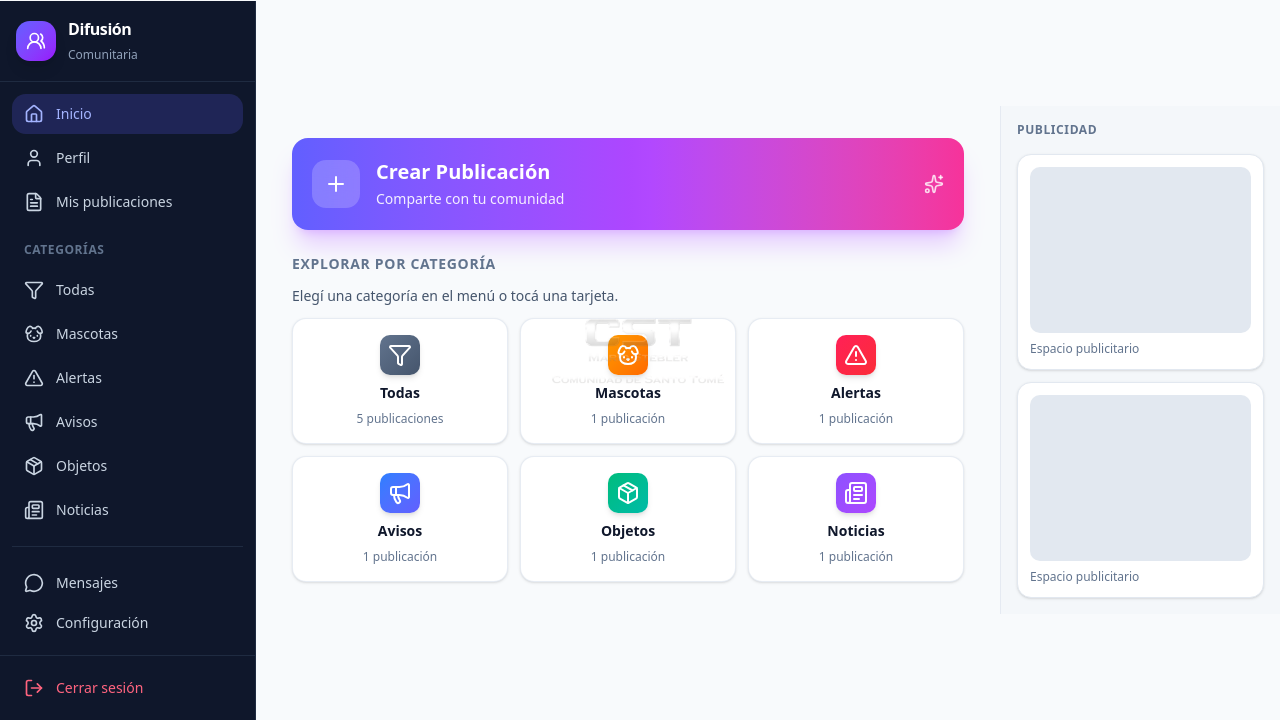
Repository: francoluca35/App-comunitaria
Page: /
The author's editor kept a copy of each file at every save. The page is drawn from the files as they stood at one save, then again after the next save.
The browser window is 1280 px wide. The pictures show the whole page.
The project was rebuilt for these pictures with package versions that can differ from the ones it lists, and the page was loaded fresh each time. The framework's server and built-in components were replaced by stand-ins that run in the browser. Also part of the build but not shown: next.config.mjs.

Above is the page before, as saved 2026-03-06 14:09:27.

### src/app/layout.tsx
import './globals.css'
import { Providers } from './providers'

export const metadata = {
  title: 'Comunidad',
  description: 'Plataforma de difusión comunitaria',
}

export default function RootLayout({ children }: { children: React.ReactNode }) {
  return (
    <html lang="es">
      <body>
        <Providers>{children}</Providers>
      </body>
    </html>
  )
}

### src/app/page.tsx
'use client'

import Link from 'next/link'
import { useApp, Category } from './providers'
import {
  Dog,
  AlertTriangle,
  Megaphone,
  Package,
  Newspaper,
  Filter,
  Plus,
  Sparkles,
} from 'lucide-react'
import { DashboardLayout } from '@/components/DashboardLayout'

const CATEGORIES: {
  value: Category | 'all'
  slug: string
  label: string
  icon: React.ReactNode
  iconClass: string
}[] = [
  { value: 'all', slug: 'todas', label: 'Todas', icon: <Filter className="w-6 h-6" />, iconClass: 'bg-gradient-to-br from-slate-500 to-slate-600 dark:from-slate-400 dark:to-slate-500' },
  { value: 'mascotas', slug: 'mascotas', label: 'Mascotas', icon: <Dog className="w-6 h-6" />, iconClass: 'bg-gradient-to-br from-amber-500 to-orange-500 dark:from-amber-400 dark:to-orange-400' },
  { value: 'alertas', slug: 'alertas', label: 'Alertas', icon: <AlertTriangle className="w-6 h-6" />, iconClass: 'bg-gradient-to-br from-rose-500 to-red-500 dark:from-rose-400 dark:to-red-400' },
  { value: 'avisos', slug: 'avisos', label: 'Avisos', icon: <Megaphone className="w-6 h-6" />, iconClass: 'bg-gradient-to-br from-blue-500 to-indigo-500 dark:from-blue-400 dark:to-indigo-400' },
  { value: 'objetos', slug: 'objetos', label: 'Objetos', icon: <Package className="w-6 h-6" />, iconClass: 'bg-gradient-to-br from-emerald-500 to-teal-500 dark:from-emerald-400 dark:to-teal-400' },
  { value: 'noticias', slug: 'noticias', label: 'Noticias', icon: <Newspaper className="w-6 h-6" />, iconClass: 'bg-gradient-to-br from-violet-500 to-purple-500 dark:from-violet-400 dark:to-purple-400' },
]

function getCategoryCount(posts: { category: Category }[], value: Category | 'all') {
  if (value === 'all') return posts.length
  return posts.filter((p) => p.category === value).length
}

export default function HomePage() {
  const { posts } = useApp()
  const approvedPosts = posts.filter((p) => p.status === 'approved')

  return (
    <DashboardLayout>
      <div className="w-full">
        {/* CTA Crear Publicación */}
        <Link
          href="/create"
          className="group flex items-center justify-between gap-4 rounded-2xl p-4 sm:p-5 mb-6 text-white overflow-hidden bg-gradient-to-r from-indigo-500 via-purple-500 to-pink-500 shadow-xl shadow-purple-500/25 hover:shadow-2xl hover:shadow-purple-500/30 hover:scale-[1.01] active:scale-[0.99] transition-all duration-300"
        >
          <div className="flex items-center gap-4">
            <span className="flex items-center justify-center w-12 h-12 rounded-xl bg-white/20 backdrop-blur-sm group-hover:bg-white/30 transition-colors">
              <Plus className="w-6 h-6 group-hover:rotate-90 transition-transform duration-300" />
            </span>
            <div>
              <span className="text-xl font-bold block">Crear Publicación</span>
              <span className="text-sm text-white/90">Comparte con tu comunidad</span>
            </div>
          </div>
          <Sparkles className="w-5 h-5 text-white/80 group-hover:animate-pulse" />
        </Link>

        {/* Resumen: acceso rápido por categoría */}
        <section>
          <h2 className="text-sm font-semibold text-slate-500 dark:text-gray-400 uppercase tracking-wider mb-3">
            Explorar por categoría
          </h2>
          <p className="text-slate-600 dark:text-gray-400 text-sm mb-3">
            Elegí una categoría en el menú o tocá una tarjeta.
          </p>
          <div className="grid grid-cols-2 sm:grid-cols-3 gap-2 sm:gap-3">
            {CATEGORIES.map((cat) => {
              const count = getCategoryCount(approvedPosts, cat.value)
              return (
                <Link
                  key={cat.value}
                  href={`/categoria/${cat.slug}`}
                  className="group flex flex-col items-center gap-2 p-4 rounded-xl bg-white dark:bg-gray-800/80 border border-slate-200/80 dark:border-gray-700/80 shadow-sm hover:shadow-lg hover:shadow-slate-200/50 dark:hover:shadow-black/20 hover:border-transparent hover:-translate-y-0.5 active:translate-y-0 transition-all duration-200"
                >
                  <span
                    className={`flex items-center justify-center w-10 h-10 rounded-lg ${cat.iconClass} text-white shadow-md group-hover:scale-110 transition-transform duration-200`}
                  >
                    {cat.icon}
                  </span>
                  <span className="font-semibold text-slate-900 dark:text-white text-sm text-center">
                    {cat.label}
                  </span>
                  <span className="text-xs text-slate-500 dark:text-gray-400">
                    {count === 1 ? '1 publicación' : `${count} publicaciones`}
                  </span>
                </Link>
              )
            })}
          </div>
        </section>
      </div>
    </DashboardLayout>
  )
}

### src/app/globals.css
@import 'tailwindcss' source(none);
@source '../**/*.{js,ts,jsx,tsx}';
@import 'tw-animate-css';

@custom-variant dark (&:is(.dark *));

:root {
  --font-size: 16px;
  --background: #ffffff;
  --foreground: oklch(0.145 0 0);
  --card: #ffffff;
  --card-foreground: oklch(0.145 0 0);
  --popover: oklch(1 0 0);
  --popover-foreground: oklch(0.145 0 0);
  --primary: #030213;
  --primary-foreground: oklch(1 0 0);
  --secondary: oklch(0.95 0.0058 264.53);
  --secondary-foreground: #030213;
  --muted: #ececf0;
  --muted-foreground: #717182;
  --accent: #e9ebef;
  --accent-foreground: #030213;
  --destructive: #d4183d;
  --destructive-foreground: #ffffff;
  --border: rgba(0, 0, 0, 0.1);
  --input: transparent;
  --input-background: #f3f3f5;
  --switch-background: #cbced4;
  --font-weight-medium: 500;
  --font-weight-normal: 400;
  --ring: oklch(0.708 0 0);
  --chart-1: oklch(0.646 0.222 41.116);
  --chart-2: oklch(0.6 0.118 184.704);
  --chart-3: oklch(0.398 0.07 227.392);
  --chart-4: oklch(0.828 0.189 84.429);
  --chart-5: oklch(0.769 0.188 70.08);
  --radius: 0.625rem;
  --sidebar: oklch(0.985 0 0);
  --sidebar-foreground: oklch(0.145 0 0);
  --sidebar-primary: #030213;
  --sidebar-primary-foreground: oklch(0.985 0 0);
  --sidebar-accent: oklch(0.97 0 0);
  --sidebar-accent-foreground: oklch(0.205 0 0);
  --sidebar-border: oklch(0.922 0 0);
  --sidebar-ring: oklch(0.708 0 0);
}

.dark {
  --background: oklch(0.145 0 0);
  --foreground: oklch(0.985 0 0);
  --card: oklch(0.145 0 0);
  --card-foreground: oklch(0.985 0 0);
  --popover: oklch(0.145 0 0);
  --popover-foreground: oklch(0.985 0 0);
  --primary: oklch(0.985 0 0);
  --primary-foreground: oklch(0.205 0 0);
  --secondary: oklch(0.269 0 0);
  --secondary-foreground: oklch(0.985 0 0);
  --muted: oklch(0.269 0 0);
  --muted-foreground: oklch(0.708 0 0);
  --accent: oklch(0.269 0 0);
  --accent-foreground: oklch(0.985 0 0);
  --destructive: oklch(0.396 0.141 25.723);
  --destructive-foreground: oklch(0.637 0.237 25.331);
  --border: oklch(0.269 0 0);
  --input: oklch(0.269 0 0);
  --ring: oklch(0.439 0 0);
  --font-weight-medium: 500;
  --font-weight-normal: 400;
  --chart-1: oklch(0.488 0.243 264.376);
  --chart-2: oklch(0.696 0.17 162.48);
  --chart-3: oklch(0.769 0.188 70.08);
  --chart-4: oklch(0.627 0.265 303.9);
  --chart-5: oklch(0.645 0.246 16.439);
  --sidebar: oklch(0.205 0 0);
  --sidebar-foreground: oklch(0.985 0 0);
  --sidebar-primary: oklch(0.488 0.243 264.376);
  --sidebar-primary-foreground: oklch(0.985 0 0);
  --sidebar-accent: oklch(0.269 0 0);
  --sidebar-accent-foreground: oklch(0.985 0 0);
  --sidebar-border: oklch(0.269 0 0);
  --sidebar-ring: oklch(0.439 0 0);
}

@theme inline {
  --color-background: var(--background);
  --color-foreground: var(--foreground);
  --color-card: var(--card);
  --color-card-foreground: var(--card-foreground);
  --color-popover: var(--popover);
  --color-popover-foreground: var(--popover-foreground);
  --color-primary: var(--primary);
  --color-primary-foreground: var(--primary-foreground);
  --color-secondary: var(--secondary);
  --color-secondary-foreground: var(--secondary-foreground);
  --color-muted: var(--muted);
  --color-muted-foreground: var(--muted-foreground);
  --color-accent: var(--accent);
  --color-accent-foreground: var(--accent-foreground);
  --color-destructive: var(--destructive);
  --color-destructive-foreground: var(--destructive-foreground);
  --color-border: var(--border);
  --color-input: var(--input);
  --color-input-background: var(--input-background);
  --color-switch-background: var(--switch-background);
  --color-ring: var(--ring);
  --color-chart-1: var(--chart-1);
  --color-chart-2: var(--chart-2);
  --color-chart-3: var(--chart-3);
  --color-chart-4: var(--chart-4);
  --color-chart-5: var(--chart-5);
  --radius-sm: calc(var(--radius) - 4px);
  --radius-md: calc(var(--radius) - 2px);
  --radius-lg: var(--radius);
  --radius-xl: calc(var(--radius) + 4px);
  --color-sidebar: var(--sidebar);
  --color-sidebar-foreground: var(--sidebar-foreground);
  --color-sidebar-primary: var(--sidebar-primary);
  --color-sidebar-primary-foreground: var(--sidebar-primary-foreground);
  --color-sidebar-accent: var(--sidebar-accent);
  --color-sidebar-accent-foreground: var(--sidebar-accent-foreground);
  --color-sidebar-border: var(--sidebar-border);
  --color-sidebar-ring: var(--sidebar-ring);
}

@layer base {
  * {
    @apply border-border outline-ring/50;
  }

  body {
    @apply bg-background text-foreground;
  }

  html {
    font-size: var(--font-size);
  }

  h1 {
    font-size: var(--text-2xl);
    font-weight: var(--font-weight-medium);
    line-height: 1.5;
  }

  h2 {
    font-size: var(--text-xl);
    font-weight: var(--font-weight-medium);
    line-height: 1.5;
  }

  h3 {
    font-size: var(--text-lg);
    font-weight: var(--font-weight-medium);
    line-height: 1.5;
  }

  h4 {
    font-size: var(--text-base);
    font-weight: var(--font-weight-medium);
    line-height: 1.5;
  }

  label {
    font-size: var(--text-base);
    font-weight: var(--font-weight-medium);
    line-height: 1.5;
  }

  button {
    font-size: var(--text-base);
    font-weight: var(--font-weight-medium);
    line-height: 1.5;
  }

  input {
    font-size: var(--text-base);
    font-weight: var(--font-weight-normal);
    line-height: 1.5;
  }
}

/* Mobile-first custom styles */
.scrollbar-hide {
  -ms-overflow-style: none;
  scrollbar-width: none;
}

.scrollbar-hide::-webkit-scrollbar {
  display: none;
}

/* Smooth transitions */
* {
  -webkit-tap-highlight-color: transparent;
}

/* Safe area for mobile devices */
@supports (padding: max(0px)) {
  body {
    padding-bottom: max(0px, env(safe-area-inset-bottom));
  }
}

### src/components/DashboardLayout.tsx
'use client'

import { useState } from 'react'
import Link from 'next/link'
import { Menu, Megaphone } from 'lucide-react'
import { DashboardSidebar } from './DashboardSidebar'

export function DashboardLayout({ children }: { children: React.ReactNode }) {
  const [sidebarOpen, setSidebarOpen] = useState(false)

  return (
    <div className="relative flex min-h-screen bg-slate-50 dark:bg-[#84041c] items-center justify-center">

    <img
      src="/assets/logocst.png"
      alt="logo"
      className="absolute w-64 opacity-20"
    />
      {/* Sidebar izquierdo: oculto en móvil salvo overlay */}
      <div
        className={`fixed inset-y-0 left-0 z-40 lg:static lg:block ${
          sidebarOpen ? 'block' : 'hidden'
        }`}
      >
        <DashboardSidebar onNavigate={() => setSidebarOpen(false)} />
      </div>

      {sidebarOpen && (
        <button
          type="button"
          aria-label="Cerrar menú"
          className="fixed inset-0 z-30 bg-black/50 lg:hidden"
          onClick={() => setSidebarOpen(false)}
        />
      )}

      {/* Centro: feed con ancho acotado */}
      <div className="flex-1 flex flex-col min-w-0 max-w-full">
        <header className="sticky top-0 z-20 flex items-center justify-between gap-2 px-3 py-3 bg-white/90 dark:bg-gray-950/90 backdrop-blur-xl border-b border-slate-200/80 dark:border-gray-800 lg:hidden">
          <div className="flex items-center gap-2">
            <button
              type="button"
              onClick={() => setSidebarOpen(true)}
              className="p-2 rounded-xl text-slate-600 dark:text-gray-400 hover:bg-slate-100 dark:hover:bg-gray-800"
              aria-label="Abrir menú"
            >
              <Menu className="w-6 h-6" />
            </button>
            <span className="font-semibold text-slate-900 dark:text-white">Difusión Comunitaria</span>
          </div>
          <Link
            href="/publicidades"
            className="flex items-center gap-1.5 px-3 py-2 rounded-xl bg-indigo-500/15 text-indigo-600 dark:text-indigo-400 hover:bg-indigo-500/25 text-sm font-medium"
            aria-label="Publicidades"
          >
            <Megaphone className="w-4 h-4" />
            <span>Publicidades</span>
          </Link>
        </header>

        <main className="flex-1 p-4 lg:p-6 overflow-auto flex justify-center">
          <div className="w-full max-w-2xl">
            {children}
          </div>
        </main>
      </div>

      {/* Columna fija: publicidad (solo desktop) */}
      <aside className="hidden xl:block w-[280px] shrink-0 border-l border-slate-200/80 dark:border-gray-800 bg-slate-100/50 dark:bg-gray-900/50 overflow-y-auto">
        <div className="sticky top-0 p-4 space-y-4">
          <h3 className="text-xs font-semibold text-slate-500 dark:text-gray-500 uppercase tracking-wider">
            Publicidad
          </h3>
          <div className="space-y-3">
            <div className="rounded-xl bg-white dark:bg-gray-800/80 border border-slate-200 dark:border-gray-700 p-3 shadow-sm">
              <div className="aspect-[4/3] rounded-lg bg-slate-200 dark:bg-gray-700 mb-2" />
              <p className="text-xs text-slate-500 dark:text-gray-400">Espacio publicitario</p>
            </div>
            <div className="rounded-xl bg-white dark:bg-gray-800/80 border border-slate-200 dark:border-gray-700 p-3 shadow-sm">
              <div className="aspect-[4/3] rounded-lg bg-slate-200 dark:bg-gray-700 mb-2" />
              <p className="text-xs text-slate-500 dark:text-gray-400">Espacio publicitario</p>
            </div>
          </div>
        </div>
      </aside>
    </div>
  )
}

### src/lib/supabase/client.ts
import { createClient as createSupabaseClient } from '@supabase/supabase-js'

const supabaseUrl = process.env.NEXT_PUBLIC_SUPABASE_URL!
const supabaseAnonKey = process.env.NEXT_PUBLIC_SUPABASE_ANON_KEY!

export function createClient() {
  return createSupabaseClient(supabaseUrl, supabaseAnonKey)
}

### src/components/DashboardSidebar.tsx
'use client'

import Link from 'next/link'
import { usePathname, useRouter } from 'next/navigation'
import {
  Users2,
  Home,
  User,
  FileText,
  Filter,
  Dog,
  AlertTriangle,
  Megaphone,
  Package,
  Newspaper,
  MessageCircle,
  Settings,
  LogOut,
  LayoutDashboard,
} from 'lucide-react'
import { useApp } from '@/app/providers'

const CATEGORIES = [
  { slug: 'todas', label: 'Todas', icon: Filter },
  { slug: 'mascotas', label: 'Mascotas', icon: Dog },
  { slug: 'alertas', label: 'Alertas', icon: AlertTriangle },
  { slug: 'avisos', label: 'Avisos', icon: Megaphone },
  { slug: 'objetos', label: 'Objetos', icon: Package },
  { slug: 'noticias', label: 'Noticias', icon: Newspaper },
] as const

export function DashboardSidebar({ onNavigate }: { onNavigate?: () => void }) {
  const pathname = usePathname()
  const router = useRouter()
  const { currentUser, logout } = useApp()

  const isActive = (path: string) => {
    if (path === '/') return pathname === '/'
    return pathname.startsWith(path)
  }

  const linkClass = (active: boolean) =>
    `flex items-center gap-3 px-3 py-2.5 rounded-xl text-sm font-medium transition-colors ${
      active
        ? 'bg-indigo-500/20 text-indigo-300 dark:text-indigo-200'
        : 'text-slate-300 dark:text-gray-400 hover:bg-white/5 hover:text-white dark:hover:text-gray-200'
    }`

  return (
    <aside className="flex flex-col w-64 min-h-full bg-slate-900 dark:bg-[#440813] border-r border-slate-700/50 dark:border-gray-800 shrink-0">
      {/* Logo */}
      <div className="p-4 border-b border-slate-700/50 dark:border-gray-800">
        <Link href="/" className="flex items-center gap-3" onClick={onNavigate}>
          <div className="flex items-center justify-center w-10 h-10 rounded-xl bg-gradient-to-br from-indigo-500 to-purple-600 shadow-lg">
            <Users2 className="w-5 h-5 text-white" />
          </div>
          <div>
            <span className="text-white font-bold tracking-tight block">Difusión</span>
            <span className="text-slate-400 dark:text-gray-500 text-xs">Comunitaria</span>
          </div>
        </Link>
      </div>

      {/* Nav */}
      <nav className="flex-1 overflow-y-auto p-3 space-y-1">
        <Link href="/" className={linkClass(pathname === '/')} onClick={onNavigate}>
          <Home className="w-5 h-5 shrink-0" />
          Inicio
        </Link>
        <Link href="/profile" className={linkClass(isActive('/profile'))} onClick={onNavigate}>
          <User className="w-5 h-5 shrink-0" />
          Perfil
        </Link>
        <Link href="/mis-publicaciones" className={linkClass(isActive('/mis-publicaciones'))} onClick={onNavigate}>
          <FileText className="w-5 h-5 shrink-0" />
          Mis publicaciones
        </Link>

        <div className="pt-4 pb-2">
          <p className="px-3 text-xs font-semibold text-slate-500 dark:text-gray-500 uppercase tracking-wider">
            Categorías
          </p>
        </div>
        {CATEGORIES.map(({ slug, label, icon: Icon }) => {
          const href = `/categoria/${slug}`
          const active = pathname === href
          return (
            <Link key={slug} href={href} className={linkClass(active)} onClick={onNavigate}>
              <Icon className="w-5 h-5 shrink-0" />
              {label}
            </Link>
          )
        })}

        <div className="pt-4 border-t border-slate-700/50 dark:border-gray-800 mt-4">
          <Link href="#" className={linkClass(false)} onClick={onNavigate}>
            <MessageCircle className="w-5 h-5 shrink-0" />
            Mensajes
          </Link>
          <Link href="/profile" className={linkClass(isActive('/profile'))} onClick={onNavigate}>
            <Settings className="w-5 h-5 shrink-0" />
            Configuración
          </Link>
        </div>

        {currentUser?.isAdmin && (
          <Link href="/admin" className={linkClass(isActive('/admin'))} onClick={onNavigate}>
            <LayoutDashboard className="w-5 h-5 shrink-0" />
            Acceso Admin
          </Link>
        )}
      </nav>

      {/* Cerrar sesión */}
      <div className="p-3 border-t border-slate-700/50 dark:border-gray-800">
        <button
          type="button"
          onClick={async () => {
            await logout()
            onNavigate?.()
            router.push('/login')
          }}
          className="flex items-center gap-3 w-full px-3 py-2.5 rounded-xl text-sm font-medium text-rose-400 hover:bg-rose-500/10 hover:text-rose-300 transition-colors"
        >
          <LogOut className="w-5 h-5 shrink-0" />
          Cerrar sesión
        </button>
      </div>
    </aside>
  )
}

Loaded but not shown: src/app/components/ui/sonner.tsx (common file); src/app/providers.tsx (554 lines, source omitted)

After the next save:
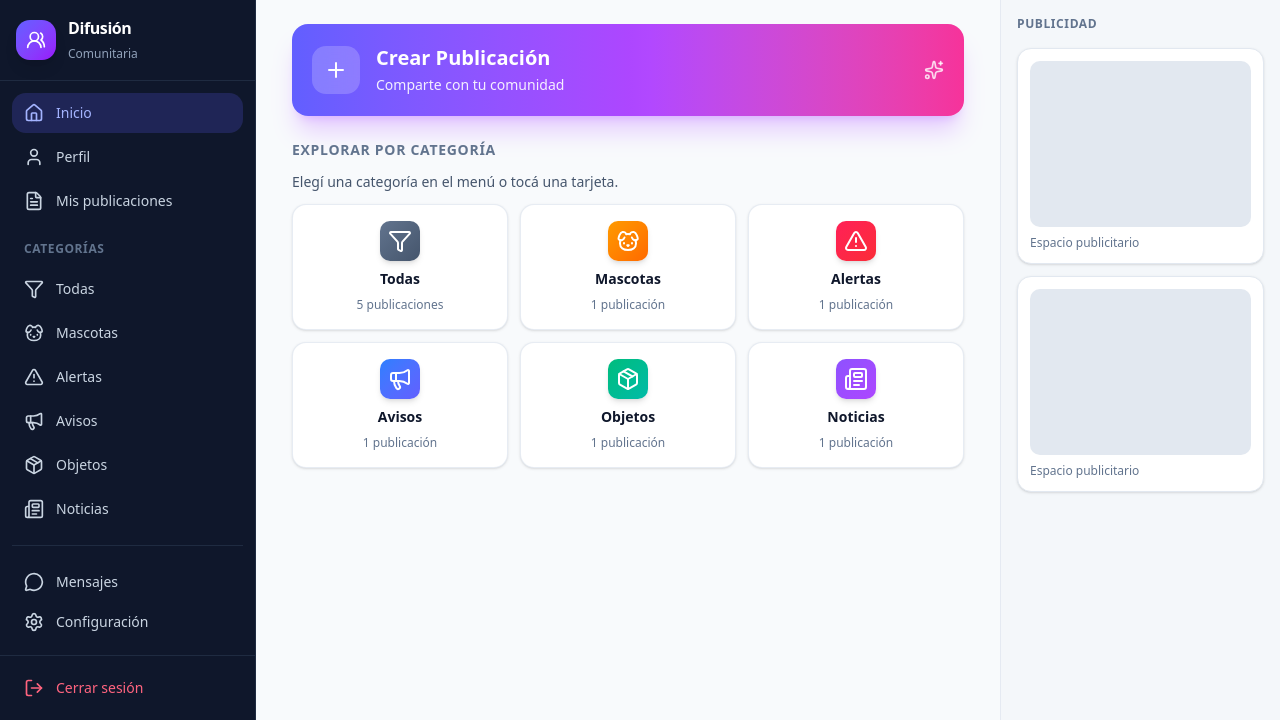
Saved 30 s later.
--- a/src/components/DashboardLayout.tsx
+++ b/src/components/DashboardLayout.tsx
@@ -9,13 +9,7 @@ export function DashboardLayout({ children }: { children: React.ReactNode }) {
   const [sidebarOpen, setSidebarOpen] = useState(false)
 
   return (
-    <div className="relative flex min-h-screen bg-slate-50 dark:bg-[#84041c] items-center justify-center">
-
-    <img
-      src="/assets/logocst.png"
-      alt="logo"
-      className="absolute w-64 opacity-20"
-    />
+    <div className="flex min-h-screen bg-slate-50 dark:bg-[#84041c]">
       {/* Sidebar izquierdo: oculto en móvil salvo overlay */}
       <div
         className={`fixed inset-y-0 left-0 z-40 lg:static lg:block ${
